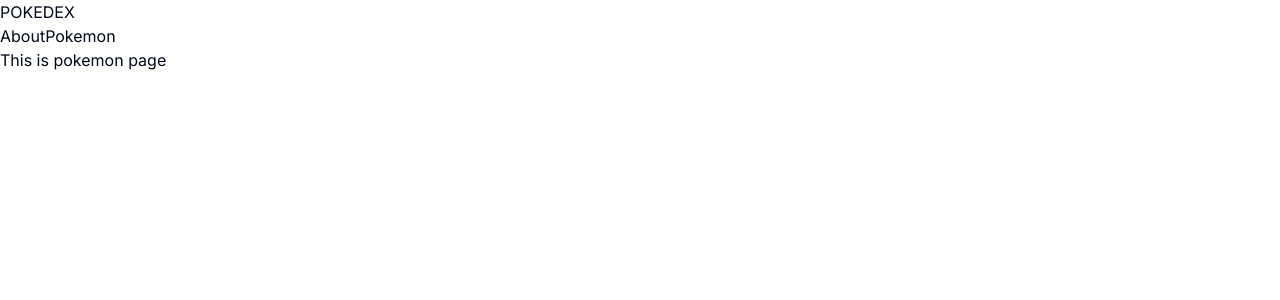
Repository: KilluaProject/pokedex
Page: /pokemon
The author's editor kept a copy of each file at every save. The page is drawn from the files as they stood at one save, then again after a run of saves.
The browser window is 1280 px wide. The pictures show the whole page.
The project was rebuilt for these pictures with package versions that can differ from the ones it lists, and the page was loaded fresh each time. The framework's server and built-in components were replaced by stand-ins that run in the browser. Also part of the build but not shown: next.config.js.

Above is the page before, as saved 2023-07-01 16:06:27.

### app/layout.tsx
import Navbar from '@/components/Navbar'
import './globals.css'
import { Inter } from 'next/font/google'

const inter = Inter({ subsets: ['latin'] })

export const metadata = {
  title: 'Create Next App',
  description: 'Generated by create next app',
}

export default function RootLayout({
  children,
}: {
  children: React.ReactNode
}) {
  return (
    <html lang="en">
      <body className={inter.className}>

        <Navbar/>

        {children}


        </body>
    </html>
  )
}

### app/pokemon/page.tsx
import React from 'react'

export default function Pokemon() {
  return (
    <div>This is pokemon page</div>
  )
}

### components/Navbar.tsx
import Link from 'next/link'
import React from 'react'

export default function Navbar() {
  return (
    <div>
        <Link href="/">

        <h1>POKEDEX</h1>

        </Link>

        <div>
            <Link href="/about">About</Link>
            <Link href="/pokemon">Pokemon</Link>
        </div>


    </div>
  )
}

Loaded but not shown: app/globals.css (common file); tailwind.config.js (common file)

After the next 2 saves:
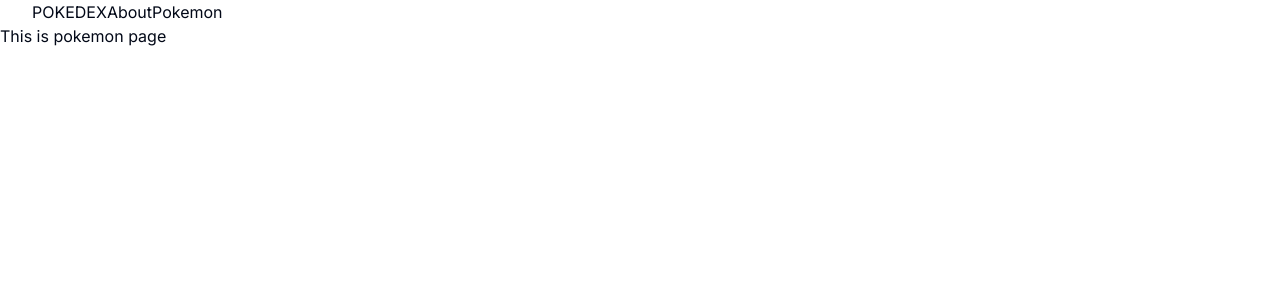
The 2 saves are shown as one change because they came seconds apart.
The last was saved 23 s later.
--- a/components/Navbar.tsx
+++ b/components/Navbar.tsx
@@ -3,7 +3,7 @@
 
 export default function Navbar() {
   return (
-    <div>
+    <div className="flex container">
         <Link href="/">
 
         <h1>POKEDEX</h1>
